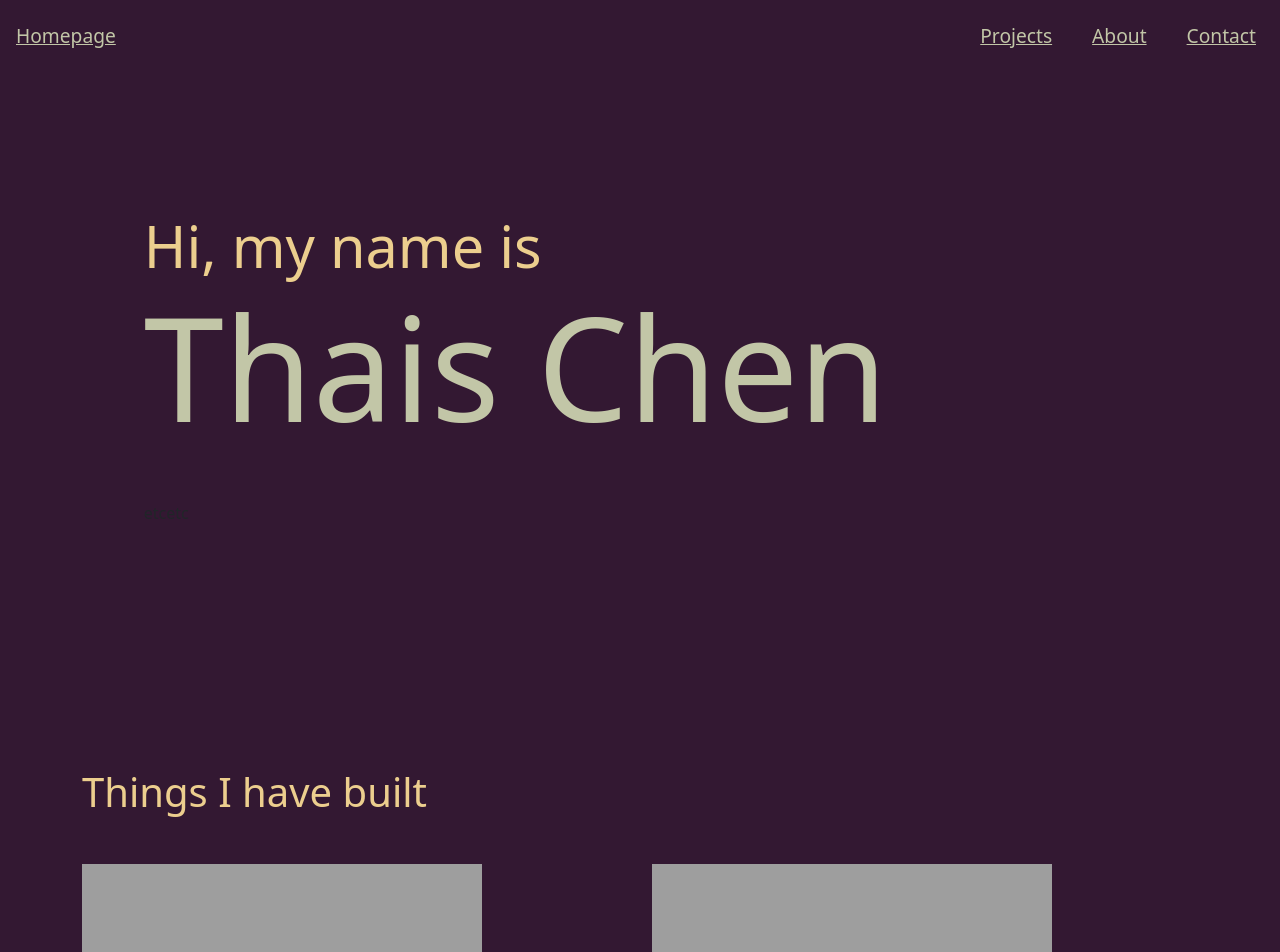
Repository: thais-chen/Portfolio
Page: index.html
The author's editor kept a copy of each file at every save. The page is drawn from the files as they stood at one save, then again after the next save.
The browser window is 1280 px wide. The pictures show the part of the page from y = 0 to 952 px (the page is 2019 px tall before and 2117 px after).
Pictures or frames that could not be fetched are drawn as grey boxes.

Above is the page before, as saved 2022-06-17 21:13:43.

After the next save:
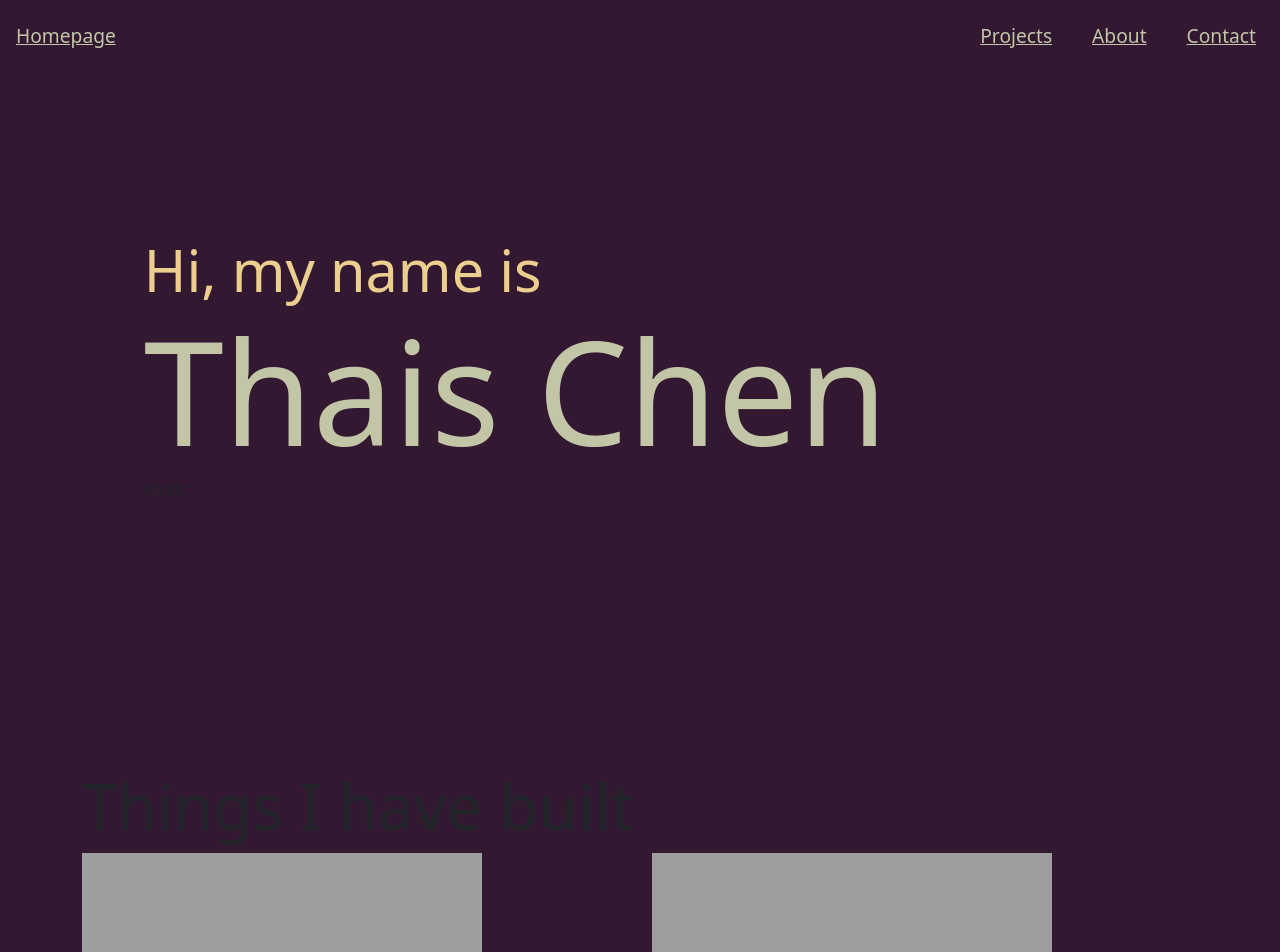
Saved 4 s later.
--- a/style.css
+++ b/style.css
@@ -16,7 +16,7 @@
     margin-bottom: 0;
     font-weight: 100;
 }
-.container h1 {
+.container h3{
     color: #ECCE8E;
     font-size: 2.5rem;
     margin-bottom: 0;

After the 2 saves that followed:
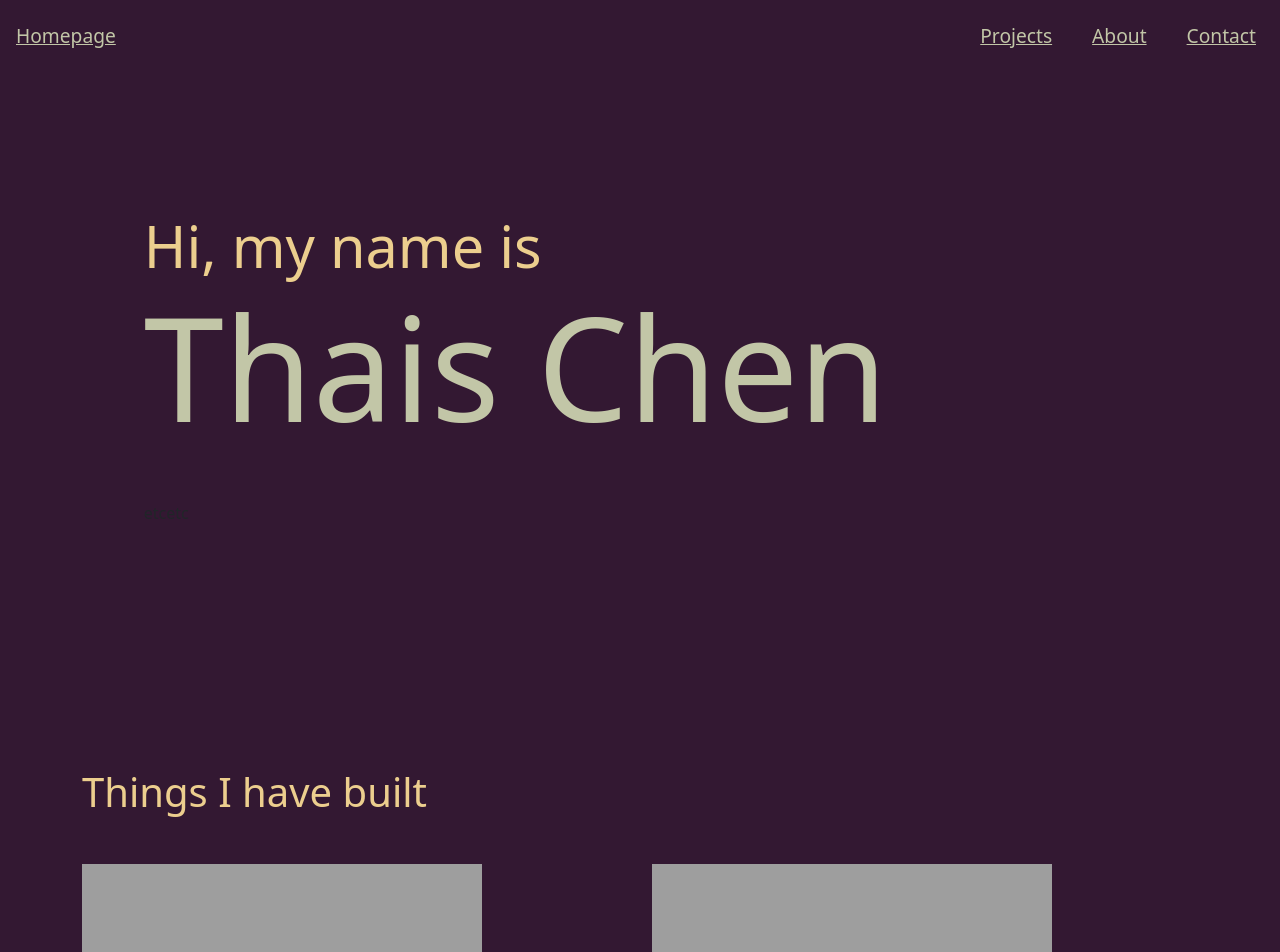
The 2 saves are shown as one change because they came seconds apart.
The last was saved 7 s later.
--- a/style.css
+++ b/style.css
@@ -16,7 +16,7 @@
     margin-bottom: 0;
     font-weight: 100;
 }
-.container h3{
+.container h1 {
     color: #ECCE8E;
     font-size: 2.5rem;
     margin-bottom: 0;
